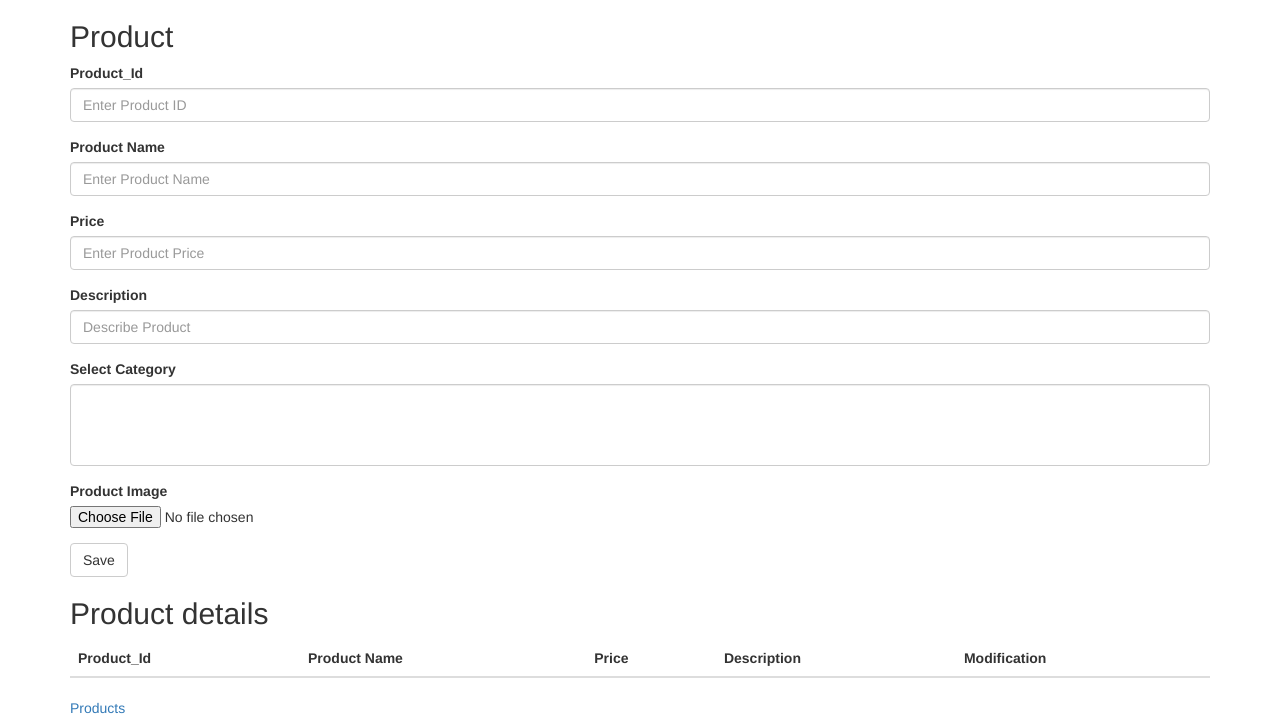
Repository: ashutosh238/S180403_404Shoppingcart
Page: http://localhost/ShoppingCartFrontEnd/WEB-INF/page/admin/product.jsp
These files come from the project's save history. The page is drawn as it stood at one moment and after the next save; the edit follows.
The browser window is 1280 px wide. The pictures show the whole page.
The page is served by Tomcat 9. Nobody is signed in. The template is opened directly, without the code that normally fills it, so the values that code supplies are empty.

Above is the page before, as saved 2018-05-28 08:50:31.

After the next save:
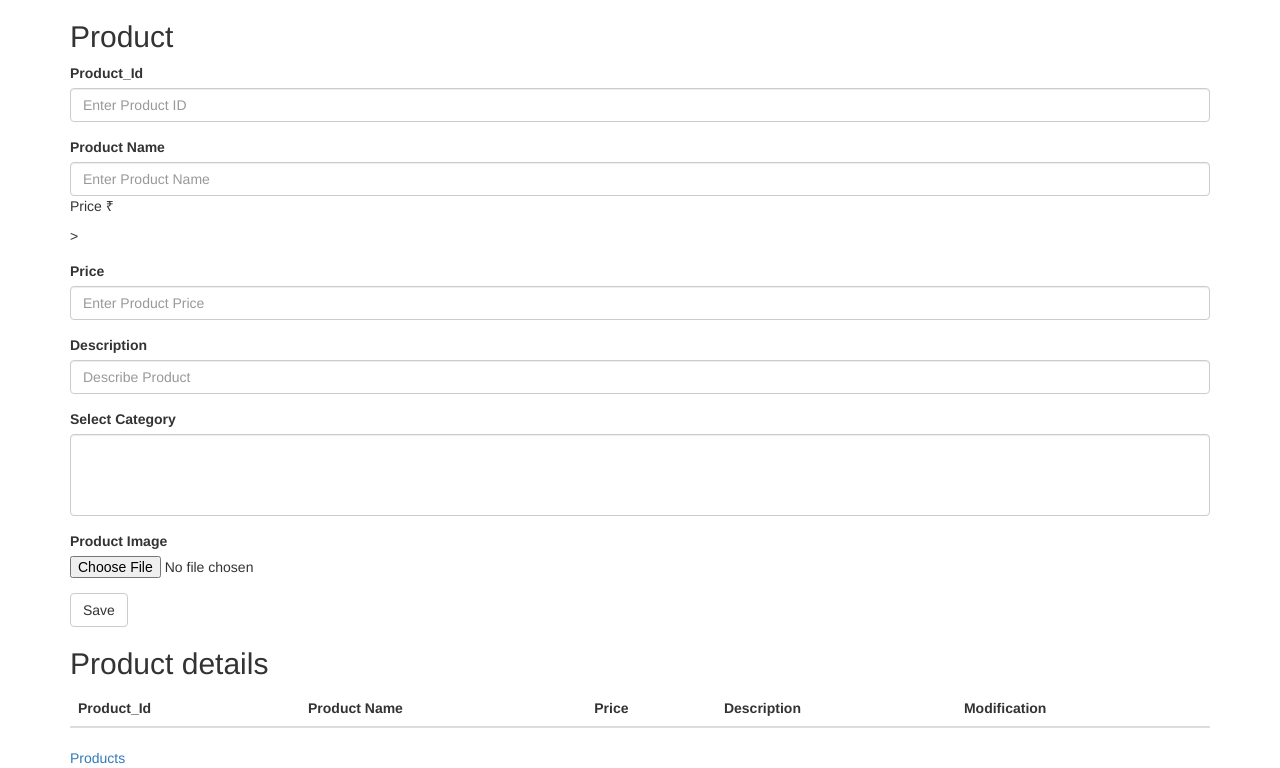
Saved 15 min 41 s later.
--- a/ShoppingCartFrontEnd/src/main/webapp/WEB-INF/page/admin/product.jsp
+++ b/ShoppingCartFrontEnd/src/main/webapp/WEB-INF/page/admin/product.jsp
@@ -24,7 +24,7 @@
     </div>
     <div class="form-group">
       <label for="pname">Product Name</label>
-      <input type="text" class="form-control" id="pname" placeholder="Enter Product Name" name="name">
+      <input type="text" class="form-control" id="pname" placeholder="Enter Product Name" name="name"<p>Price &#x20b9; </p>>
     </div>
     <div class="form-group">
       <label for="price">Price</label>

After the save that followed:
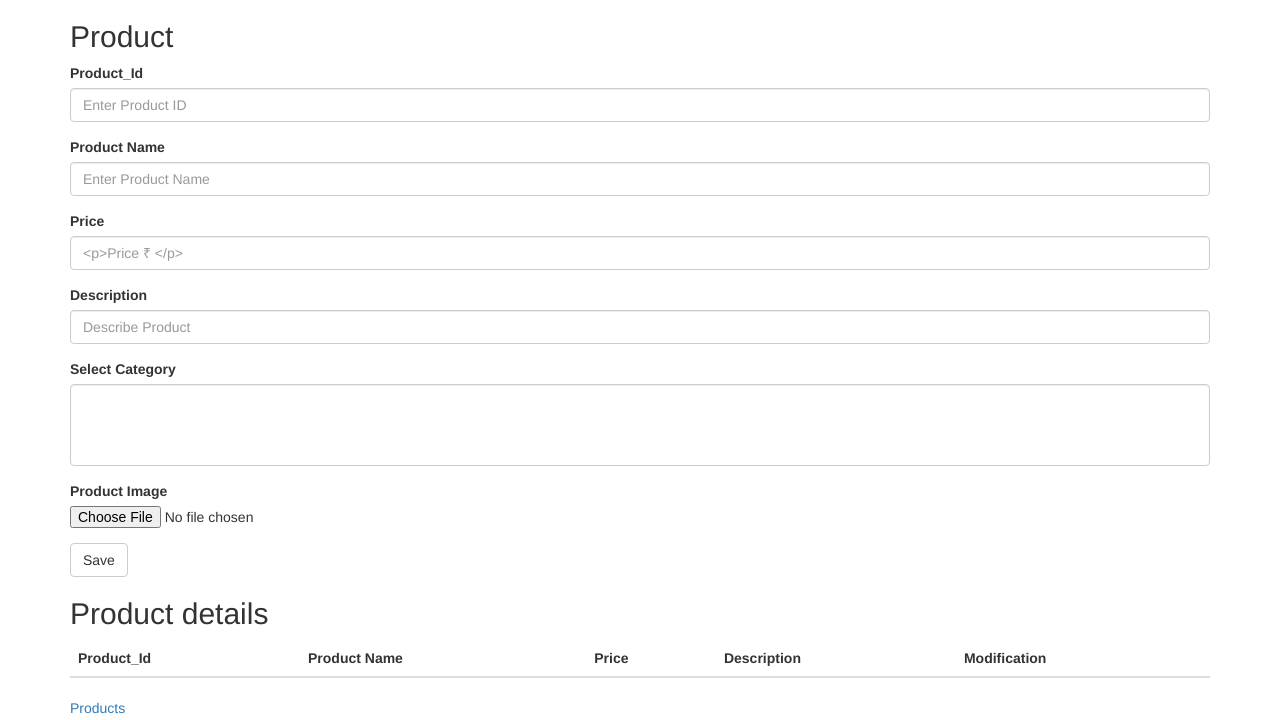
Saved 2 min 22 s later.
--- a/ShoppingCartFrontEnd/src/main/webapp/WEB-INF/page/admin/product.jsp
+++ b/ShoppingCartFrontEnd/src/main/webapp/WEB-INF/page/admin/product.jsp
@@ -24,11 +24,11 @@
     </div>
     <div class="form-group">
       <label for="pname">Product Name</label>
-      <input type="text" class="form-control" id="pname" placeholder="Enter Product Name" name="name"<p>Price &#x20b9; </p>>
+      <input type="text" class="form-control" id="pname" placeholder="Enter Product Name" name="name">
     </div>
     <div class="form-group">
       <label for="price">Price</label>
-      <input type="text" class="form-control" id="price" placeholder="Enter Product Price" name="price">
+      <input type="text" class="form-control" id="price" placeholder="<p>Price &#x20b9; </p>" name="price">
     </div>
     <div class="form-group">
       <label for="des">Description</label>
